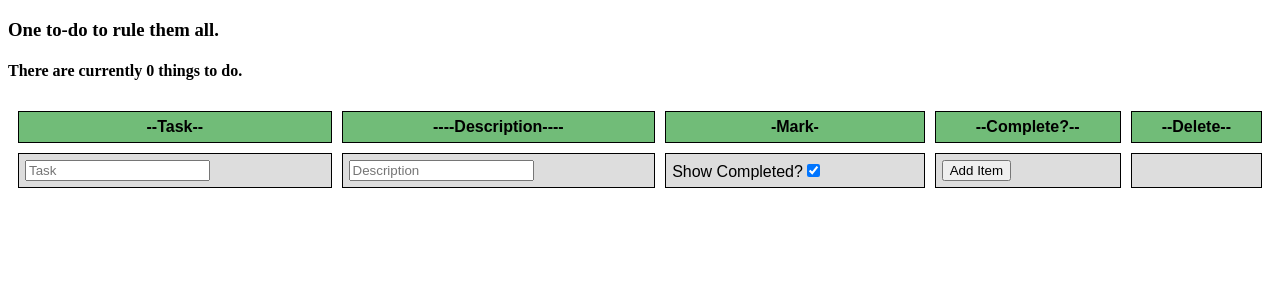
Repository: simmsjt/2DoAngular
Page: MVCProject/WebContent/index.html
An editor plug-in stored every save of this project. The page is shown before and after the next save, followed by the edit.
The browser window is 1280 px wide. The pictures show the whole page.
The page's requests for data from a server got no answer. Some web libraries are served in a nearby version.

Above is the page before, as saved 2018-01-08 22:54:42.

### MVCProject/WebContent/index.html
<!DOCTYPE html>
<html ng-app="appModule">
  <head>
    <meta charset="utf-8">
    <title>Todo</title>
    <script src="https://cdnjs.cloudflare.com/ajax/libs/angular.js/1.5.7/angular.min.js"></script>
    <script src="app/appModule/app.module.js"></script>
    <script src="app/appModule/todoList/todoList.component.js"></script>
    <script src="app/appModule/todo.service.js"></script>
    <script src="app/appModule/filters/incomplete.filter.js"></script>
    <link rel="stylesheet" type="text/css" href="css/app.css">
    </head>
  <body>
    <todo-list>Loading...</todo-list>
  </body>
</html>

### MVCProject/WebContent/app/appModule/app.module.js
angular.module('appModule',[]);

### MVCProject/WebContent/app/appModule/todoList/todoList.component.js
angular.module('appModule')
  .component('todoList', {
	  templateUrl : 'app/appModule/todoList/todoList.component.html',
	  controller: function(todoService,$filter){
		  var vm = this;
		  vm.selected = null;
		  vm.copy = null;
		  vm.todos = [];
		  vm.showCompleted = true;
		  reload();
		  var incompleteFilter =  $filter('incomplete');

		  function reload(){
			  todoService.index().then(function(res){
				  console.log(res);
				  vm.todos = res.data;
			  }).catch(function(error){
				  console.log(error);
			  });
		  }



		  vm.addTodo = function(todo){
			  todoService.create(todo).then(function(res){
				 console.log(res);
				 reload();
			  }).catch(function(error){
				  console.log(error);
			  });

	       }

		  vm.submitEdit = function(){
			  todoService.update(vm.copy).then(function(res){
				 console.log(res);
				 vm.displayTable();
			  }).catch(function(error){
				  console.log(error);
			  });
	       }

	      vm.updateTodo = function(todo){
	    	  todoService.update(todo).then(function(res){
					 console.log(res);
					 reload();
				  }).catch(function(error){
					  console.log(error);
				  });
	      };

	      vm.getNumTodos = function() {
		        var sum = 0;
		        vm.todos.forEach(function(todo){
		        		if(todo.completed== false)
		        			sum ++;
		        });
		        return sum;
		  };

		  vm.displayTodo = function(todo){
			  vm.selected = todo;
			  vm.copy = angular.copy(vm.selected);
		  };

		  vm.resetEdit = function(){
			  vm.copy = angular.copy(vm.selected);
		  };

		  vm.destroy = function(id){
			  todoService.destroy(id).then(function(res){
					 console.log(res);
					 reload();
				  }).catch(function(error){
					  console.log(error);
				  });
		  };

		  vm.displayTable = function(){
			  vm.selected = null;
			  vm.copy = null;
			  reload();
		  };


	  },
	  controllerAs: 'vm'
  })

### MVCProject/WebContent/app/appModule/todo.service.js
angular.module('appModule')
.factory('todoService',function($http, $filter){
	var service = {};

	service.index = function(){
		return $http({
		      method : 'GET',
		      url : 'rest/user/1/todo'
		    })
	};

	service.create = function(task){
		task.completed = false;
		return $http({
			method: 'POST',
			url : 'rest/user/1/todo',
			headers : {
			    'Content-Type' : 'application/json'
			  },
			data : task
		})
	};

	service.destroy = function(id){
		return $http({
			method: 'DELETE',
			url : 'rest/user/1/todo/' + id
		})
	};

    service.getNumTasks = function() {
        return tasks.length;
    };

    service.update = function(task){
    		if(task.completed == true){
    			task.complete_date = $filter('date')(Date.now(), 'MM/dd/yyyy');
    			console.log(task.complete_date);
    		} else {
    			task.complete_date = "";
    			console.log(task.complete_date);
    		}
    		return $http({
    			method: 'PUT',
    			url: 'rest/user/1/todo/' + task.id,
    			headers : {
    			    'Content-Type' : 'application/json'
    			  },
    			data : task
    		})

    };


	return service;
})

### MVCProject/WebContent/app/appModule/filters/incomplete.filter.js
angular.module('appModule')
.filter('incomplete',function(){
	return function(todos, showCompleted){
		var results = [];
		if(showCompleted === true){
			return todos
		}
		todos.forEach(function(todo){
			if(todo.completed === false)
				results.push(todo);
		});
		return results;
	}

})

### MVCProject/WebContent/css/app.css
table {
    font-family: arial, sans-serif;
    border-collapse: collapse;
    border-spacing: 10px;
    border-collapse: separate;
    width: 100%;
}

td, th {
    border: 1px solid #000000;
    text-align: left;
    padding: 6px;
}

tr:nth-child(even) {
    background-color: #dddddd;
}

th{
	background-color: 	#71BC78;
	text-align:center;
}

.mark{
	text-align: center;
}

### MVCProject/WebContent/app/appModule/todoList/todoList.component.html
<h3>One to-do to rule them all.</h3>
<h4> There are currently {{ vm.getNumTodos()}} things to do.</h4>

<div ng-show="vm.selected">
	<form>
	    <input type="text" placeholder="Task" ng-model="vm.copy.task" value="{{vm.copy.task}}"></input>
	    <input type="text" placeholder="Description" ng-model="vm.copy.description" value="{{vm.copy.description}}"></input>
	    <input type="checkbox" ng-model="vm.copy.completed"/>
	    <input type="submit" ng-click="vm.submitEdit()" value="Save"></input>
	    <input type="submit" ng-click="vm.resetEdit()" value="Reset"></input>
	    <input type="submit" ng-click="vm.displayTable()" value="Go back"></input>
    </form>
</div>
<table ng-hide="vm.selected">
  <tr>
    <th>--Task--</th>
    <th>----Description----</th>
    <th>-Mark-</th>
    <th>--Complete?--</th>
    <th>--Delete--</th>
  </tr>
  <tr>
 	<form>
  		<td><input type="text" placeholder="Task" ng-model="task.task" /></td>
  		<td><input type="text" placeholder="Description" ng-model="task.description"/></td>
  		<td>Show Completed?<input type="checkbox" ng-model="vm.showCompleted" ng-change="reload()"/></td>
  		<td><input type="submit" value="Add Item" ng-click="vm.addTodo(task); task = {};"/></td>
		<td></td>
	</form>
  </tr>

  <tr ng-repeat="num in vm.todos | incomplete:vm.showCompleted">
    <td ng-click = "vm.displayTodo(num)">{{num.task}}</td>
    <td ng-click = "vm.displayTodo(num)">{{num.description}}</td>
    <td  class="mark"><input type="checkbox" ng-change="vm.updateTodo(num)" ng-model="num.completed"/></td>
    <td>{{num.completed}}</td>
    <td ng-click = "vm.destroy(num.id)"> Delete </td>
  </tr>
</table>

### MVCProject/WebContent/app/appModule/todoList/backlog.component.js
 angular.module('appModule')
.component('backlog', {
  templateUrl : 'backlog.component.html',
  controller : function() {
    var vm =this;

    vm.criticalityLevel = 7;

    vm.checkNuclearCriticality = function() {
      if (vm.criticalityLevel > 10) return 'danger';
      if (vm.criticalityLevel > 5) return 'warning';
      return 'safe';
    }
  }
})

### MVCProject/WebContent/app/appModule/todoList/backlog.component.html
<h3 ng-class="vm.checkNuclearCriticality()">{{vm.criticalityLevel}}</h3>

After the next save:
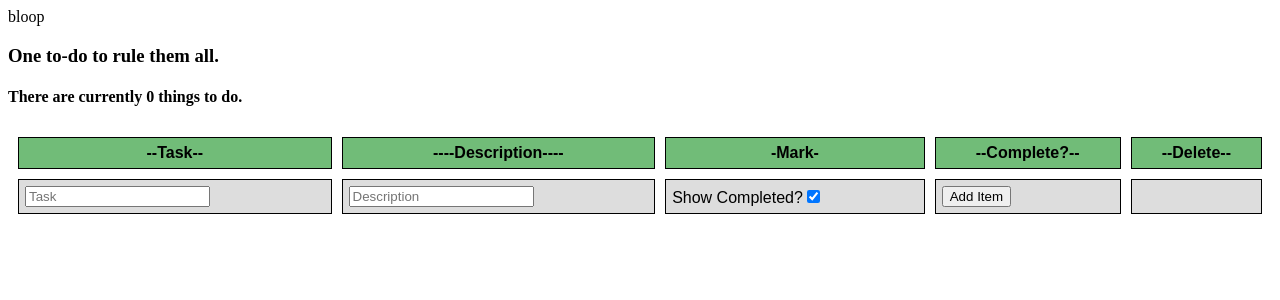
Saved 16 s later.
--- a/MVCProject/WebContent/index.html
+++ b/MVCProject/WebContent/index.html
@@ -11,6 +11,7 @@
     <link rel="stylesheet" type="text/css" href="css/app.css">
     </head>
   <body>
+  	<backlog>bloop</backlog>
     <todo-list>Loading...</todo-list>
   </body>
 </html>

After the save that followed:
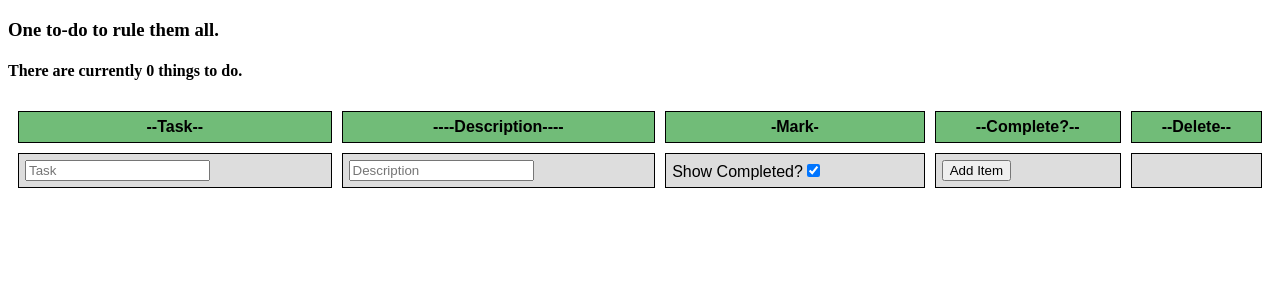
Saved 14 s later.
--- a/MVCProject/WebContent/index.html
+++ b/MVCProject/WebContent/index.html
@@ -8,6 +8,7 @@
     <script src="app/appModule/todoList/todoList.component.js"></script>
     <script src="app/appModule/todo.service.js"></script>
     <script src="app/appModule/filters/incomplete.filter.js"></script>
+    <script src="app/appModule/todoList/backlog.component.js"></script>
     <link rel="stylesheet" type="text/css" href="css/app.css">
     </head>
   <body>
